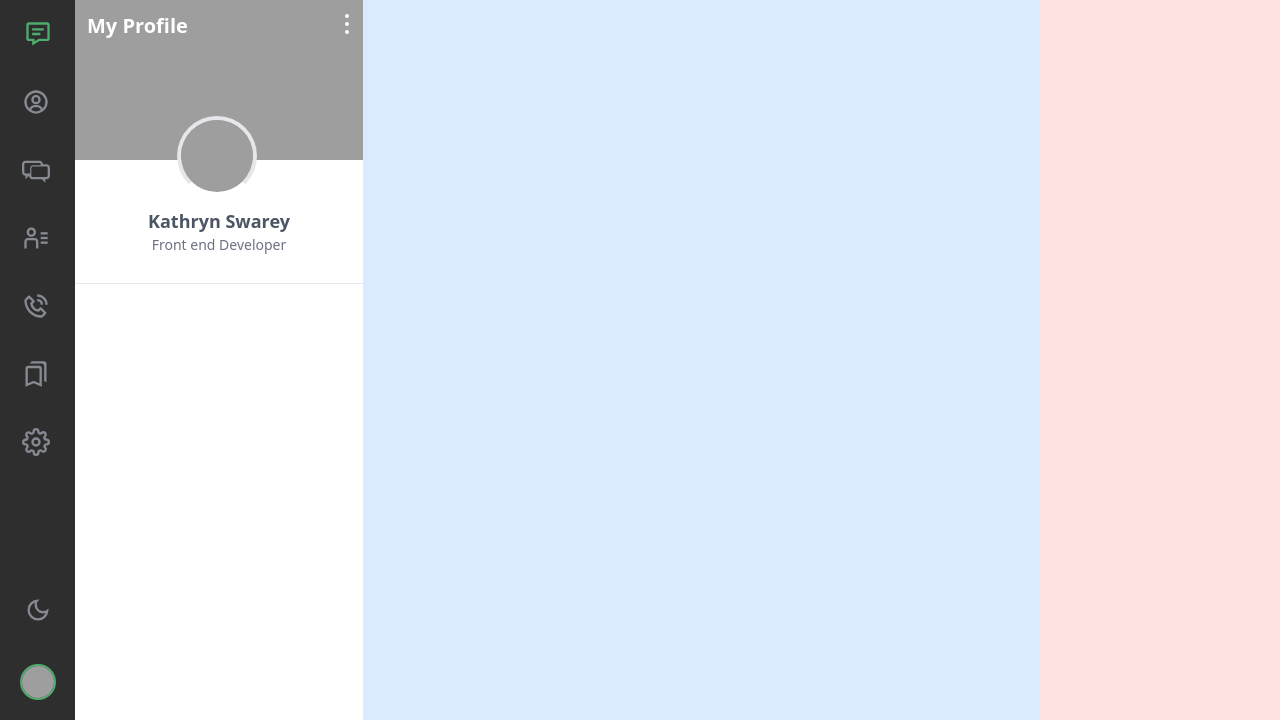
Repository: satya-ranjon/Chat-app
Page: /
These files come from the project's save history. The page is drawn as it stood at one moment and after the next save; the edit follows.
The browser window is 1280 px wide. The pictures show the whole page.
Pictures or frames that could not be fetched are drawn as grey boxes. The project was rebuilt for these pictures with package versions that can differ from the ones it lists, and the page was loaded fresh each time.

Above is the page before, as saved 2022-03-31 04:03:51.

After the next save:
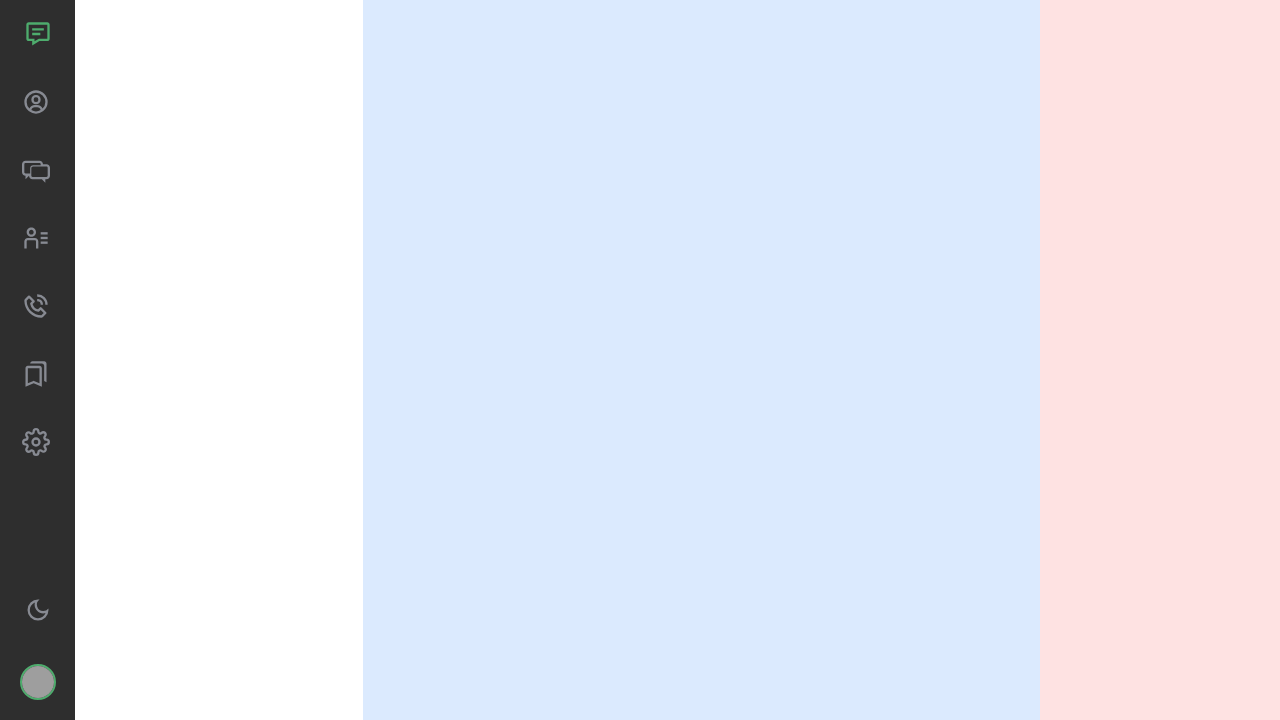
Saved 10 s later.
--- a/src/components/MyProfile/MyProfile.jsx
+++ b/src/components/MyProfile/MyProfile.jsx
@@ -4,26 +4,5 @@ const Image =
   "https://img.freepik.com/free-photo/modern-living-room-interior-with-sofa-green-plants-lamp-table-dark-wall-background_41470-1528.jpg?w=996&t=st=1648676636~exp=1648677236~hmac=3f890077ce9371578c992216baf3e8f401b234873628a920daaf2d4174ff41ce";
 
 export default function MyProfile() {
-  return (
-    <div className="sm:w-72 h-screen w-40 ">
-      <div className="border-b-[1px] pb-7">
-        <div className="relative mb-12">
-          <img src={Image} alt={Image} className="w-full h-40" />
-          <UserImage className="w-16 h-16 sm:w-20 sm:h-20 rounded-full absolute sm:-bottom-9  -bottom-7 sm:right-[6.6rem]  right-12  border-4 border-b-white" />
-          <p className=" absolute top-0 left-0 p-3 text-white font-semibold text-xl">
-            My Profile
-          </p>
-          <div className="flex flex-col top-0 right-0 absolute p-3 cursor-pointer">
-            <p className="bg-white w-1 h-1 rounded-full m-[2px]"></p>
-            <p className="bg-white w-1 h-1 rounded-full m-[2px]"></p>
-            <p className="bg-white w-1 h-1 rounded-full m-[2px]"></p>
-          </div>
-        </div>
-        <p className="text-[18px] text-gray-600 text-center font-semibold">
-          Kathryn Swarey
-        </p>
-        <p className="text-sm text-gray-500 text-center">Front end Developer</p>
-      </div>
-    </div>
-  );
+  return <div className="sm:w-72 h-screen w-40 "></div>;
 }
